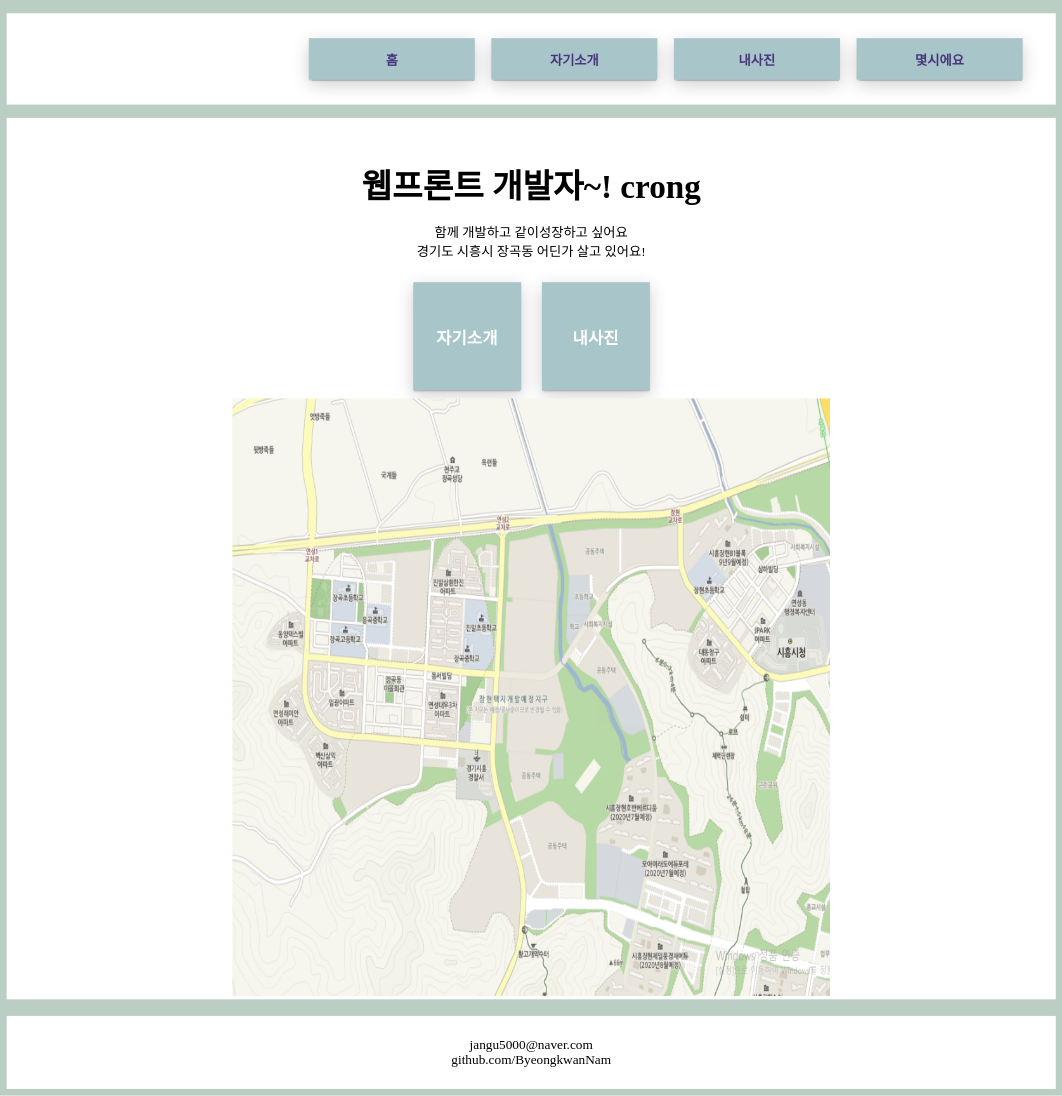
Repository: ByeongkwanNam/edwith_web
Page: eclipse-workspace/aboutme/WebContent/index.html
An editor plug-in stored every save of this project. The page is shown before and after the next save, followed by the edit.
The browser window is 1280 px wide. The pictures show the whole page, at 83% of full size.

Above is the page before, as saved 2019-08-15 09:48:29.

### eclipse-workspace/aboutme/WebContent/index.html
<!DOCTYPE html>
<html>
<head>
  <meta charset="utf-8">
  <meta name="viewport" content="width=device-width">
  <title>자기 소개 페이지</title>
  <link rel="stylesheet" href="index.css">

</head>
<body>
  <header>
    <nav>
      <ul>
        <li>
          <div class="nemo nav-items" >홈</div>
        </li>
        <li>
          <div class="nemo nav-items">자기소개</div>
        </li>
        <li>
          <div class="nemo nav-items">내사진</div>
        </li>
        <li>
          <div class="nemo nav-items">몇시에요</div>
        </li>
      </ul>
    </nav>
  </header>

  <section>


    <article class="intro">
      <span class="my-info-title">웹프론트 개발자~! crong</span>
      <p>함께 개발하고 같이성장하고 싶어요<br/>경기도 시흥시 장곡동 어딘가 살고 있어요!</p>
    </article>

    <article class="middle">
      <div class="nemo my-info">자기소개</div>
      <div class="nemo my-info">내사진</div>
    </article>

    <article class="outer">
      <img src="reousrces/pjt1_map.PNG" alt="map">
    </article>

  </section>

  <footer>
    <p>
      <span>jangu5000@naver.com</span>
      <br>
      <span>github.com/ByeongkwanNam</span>
    </p>
  </footer>

</body>
</html>

### eclipse-workspace/aboutme/WebContent/index.css
body {
      background-color: rgb(186, 206, 195)
    }

    header, footer, section {
      background-color: white;
      text-align: center;
    }

    nav > ul {
      display: flex;
      justify-content: flex-end;
      margin-right: 30px;
    }

    nav > ul > li {
      display: inline-block;
      margin: 30px 10px;
    }

    .nav-items {
      color: rgb(72, 53, 124);

      width: 200px;
      height: 50px;
    }

    ul li:hover, .my-info {
     cursor: pointer;
   }

    .nemo {
      display: table-cell;
      text-align: center;
      vertical-align: middle;
      background-color: rgb(168, 197, 202);
      box-shadow: 0 2px 2px 0 rgba(0, 0, 0, 0.2), 0 6px 20px 0 rgba(0, 0, 0, 0.19);
      font-weight: bold;
    }

    span.my-info-title {
      font-size: 40px;
      font-weight: bold;
    }

    article.intro{
      padding-top: 50px;
    }

    article.middle {
      display: table;
      margin: 0 auto;
      border-spacing: 25px 10px;
    }

    article > .my-info {
      color: white;
      font-size: 20px;
      width: 130px;
      height: 130px;
    }

    article > .outer{
      padding: 10px 0px 20px 0px;
    }

    img {
    	width: 720px;
    	height: 720px;
    }


    footer {
      padding: 10px;
      margin-top: 20px;
    }

After the next save:
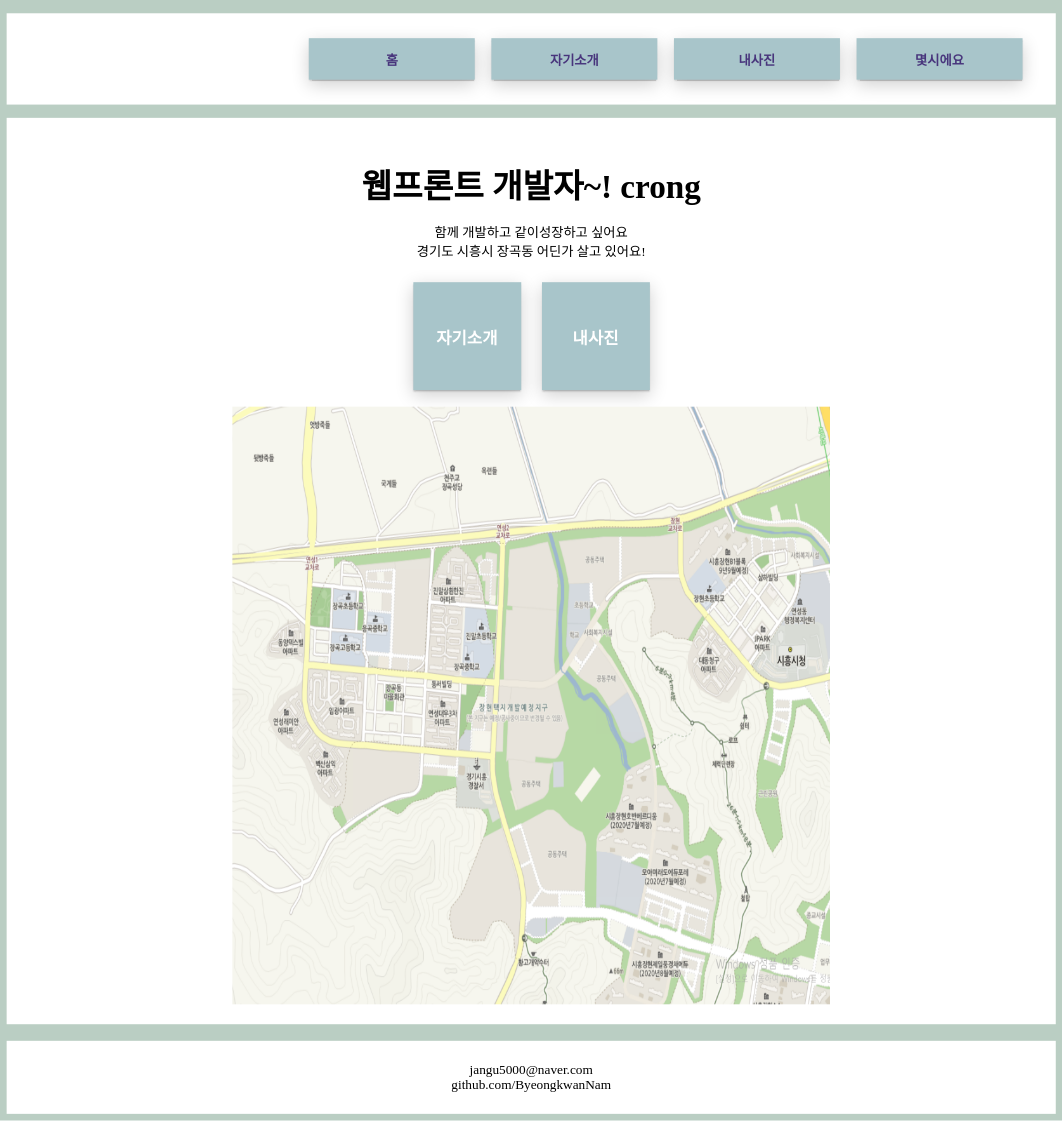
Saved 63 s later.
--- a/eclipse-workspace/aboutme/WebContent/index.css
+++ b/eclipse-workspace/aboutme/WebContent/index.css
@@ -60,7 +60,7 @@ body {
       height: 130px;
     }
 
-    article > .outer{
+    article.outer{
       padding: 10px 0px 20px 0px;
     }
 
